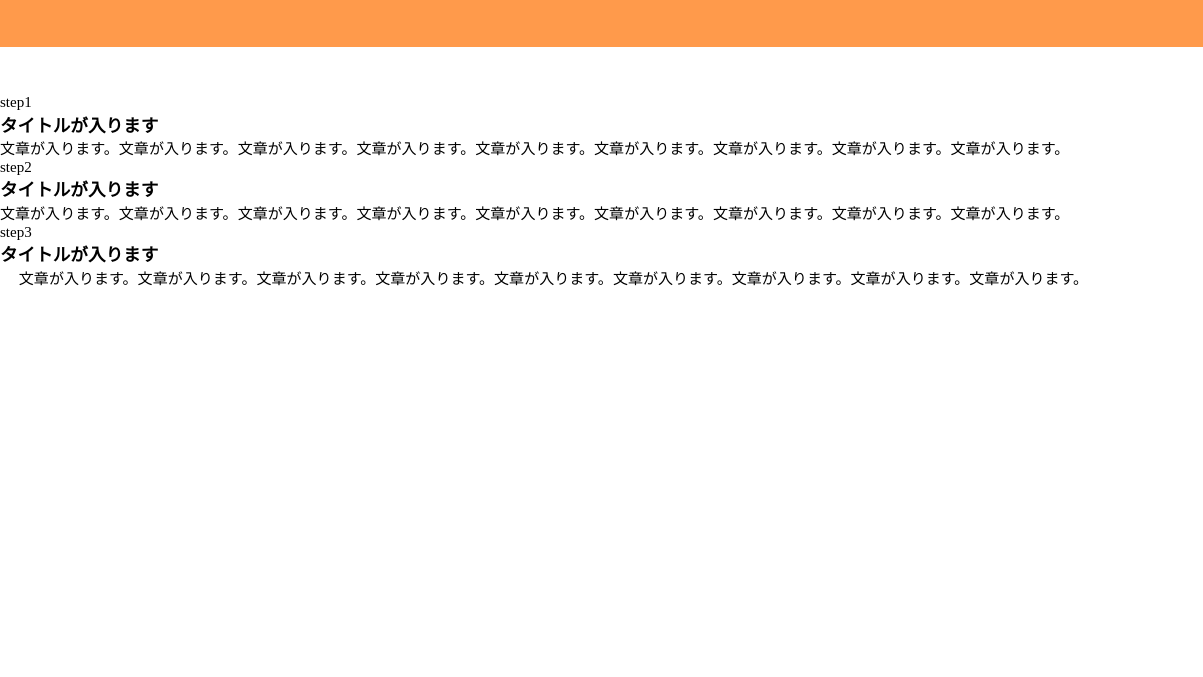
Repository: suetsugumariko/git-practice
Page: sites/sample.html
The author's editor kept a record of every edit. The page is drawn from the files as they stood at one moment, then again after the next edit.
The browser window is 1280 px wide. The pictures show the whole page, at 94% of full size.

Above is the page before.

### sites/sample.html
<!DOCTYPE html>
<html lang="ja">

  <head>

    <meta charset="UTF-8" />
    <title>HTML　課題問題1</title>
    <!--CSSファイルの読み込み-->
    <link rel="stylesheet" href="sample.css" />

  </head>

  <body>
    <!--header用のdiv-->
    <header class="header"></header>
    <!--main-visual用のdiv-->
    <!--min用のdiv-->
   <main>
     <div class="step-box">
     <div class="step-img1"></div>
     <span class="step-num">step1</span>
     <h3 class="title">タイトルが入ります</h3>
     <p class="text">
     文章が入ります。文章が入ります。文章が入ります。文章が入ります。文章が入ります。文章が入ります。文章が入ります。文章が入ります。文章が入ります。
     </p>
     </div>

    <div class="step-box">
    <div class="step-img2"></div>
    <span class="step-num">step2</span>
    <h3 class="title">タイトルが入ります</h3>
    <p class="text">
    文章が入ります。文章が入ります。文章が入ります。文章が入ります。文章が入ります。文章が入ります。文章が入ります。文章が入ります。文章が入ります。
    </p>
    </div>

   <div class="step-box">
   <div class="step-img3"></div>
   <span class="step-num">step3</span>
   <h3 class="title">タイトルが入ります</h3>
   <p class="text">
　 文章が入ります。文章が入ります。文章が入ります。文章が入ります。文章が入ります。文章が入ります。文章が入ります。文章が入ります。文章が入ります。
   </p>
   </div>
 </main>

   <!--footer用のdiv-->
   <footer class="footer"></footer>

  </body>

</html>

### sites/sample.css

*{
  box-sizing: broder-box;
  margin: 0;
  padding: 0;
 }

.html {
  display: block;
}
.head {
  display: none;
}
.meta{
  display: none;
}
.title {
  display: block;
}
.link{
  display: none;
}
.body {
  display: black;
  margin: 0px;
}
.header{
  height: 50px;
  background-color: #FF9a4b;
  margin-bottom: 50px;
  display: block;
｝
* {
    box-sizing: border-box;
    margin: 0;
    padding: 0;
}
main {
    width: 960px;
    margin: 50px auto;
    display: flex;
}

* {
    box-sizing: border-box;
    margin: 0;
    padding: 0;
}
main {
    display: block;
}
.step-box {
    width: 300px;
    margin-right: 30px;
    padding: 10px;
    position: relative;
    background-color: #eee;
}
.step-img2 {
    height: 150px;
    background-image: url(img/flow02.png);
    background-position: bottom;
    background-size: cover;
}
.step-num {
    position: absolute;
    top: 0;
    left: 0;
    background-color: #ff9a4b;
    color: #fff;
}
.title {
    margin: 15px 0 5px;
}
* {
    box-sizing: border-box;
    margin: 0;
    padding: 0;
}
p {
    display: block;
    margin-block-start: 1em;
    margin-block-end: 1em;
    margin-inline-start: 0px;
    margin-inline-end: 0px;
}
h3 {
    display: block;
    font-size: 1.17em;
    margin-block-start: 1em;
    margin-block-end: 1em;
    margin-inline-start: 0px;
    margin-inline-end: 0px;
    font-weight: bold;
}
* {
    box-sizing: border-box;
    margin: 0;
    padding: 0;
}
p {
    display: block;
    margin-block-start: 1em;
    margin-block-end: 1em;
    margin-inline-start: 0px;
    margin-inline-end: 0px;
}














* {
    box-sizing: border-box;
    margin: 0;
    padding: 0;
}
.step-box {
    width: 300px;
    margin-right: 30px;
    padding: 10px;
    position: relative;
    background-color: #eee;
}
.step-img1 {
    height: 150px;
    background-image: url(img/flow01.png);
    background-position: bottom;
    background-size: cover;
｝
　.step-num {
    position: absolute;
    top: 0;
    left: 0;
    background-color: #ff9a4b;
    color: #fff
  ｝
  .title {
    margin: 15px 0 5px;
}
* {
    box-sizing: border-box;
    margin: 0;
    padding: 0;
}
user agent stylesheet
h3 {
    display: block;
    font-size: 1.17em;
    margin-block-start: 1em;
    margin-block-end: 1em;
    margin-inline-start: 0px;
    margin-inline-end: 0px;
    font-weight: bold;
  ｝
  margin








* {
.box1 {
  width: 100%;
  height: 500px;
  background-color: white;
}

.box2 {
  width: 90%;
  height: 150px;
  background-color: blue;
  /* 指定方法（box2の周囲すべてに枠線を設定する場合） */
  border: 5px solid yellow;

.step-img1 {
  heoght: 150px;
  background-image: url(img/flow01.png);
  background-position: bottom;
  background-size: cover;
}

.step-img2 {
  heoght: 150px;
  background-image: url(img/flow02.png);
  background-position: bottom;
  background-size: cover;
}
.step-img3 {
  heoght: 150px;
  background-image: url(img/flow03.png);
  background-position: bottom;
  background-size: cover;
}

.footer{
  width: 100%;
  height: 50px;
  background-color: #808080;
  margin-top: 50px;
}

After the next edit:
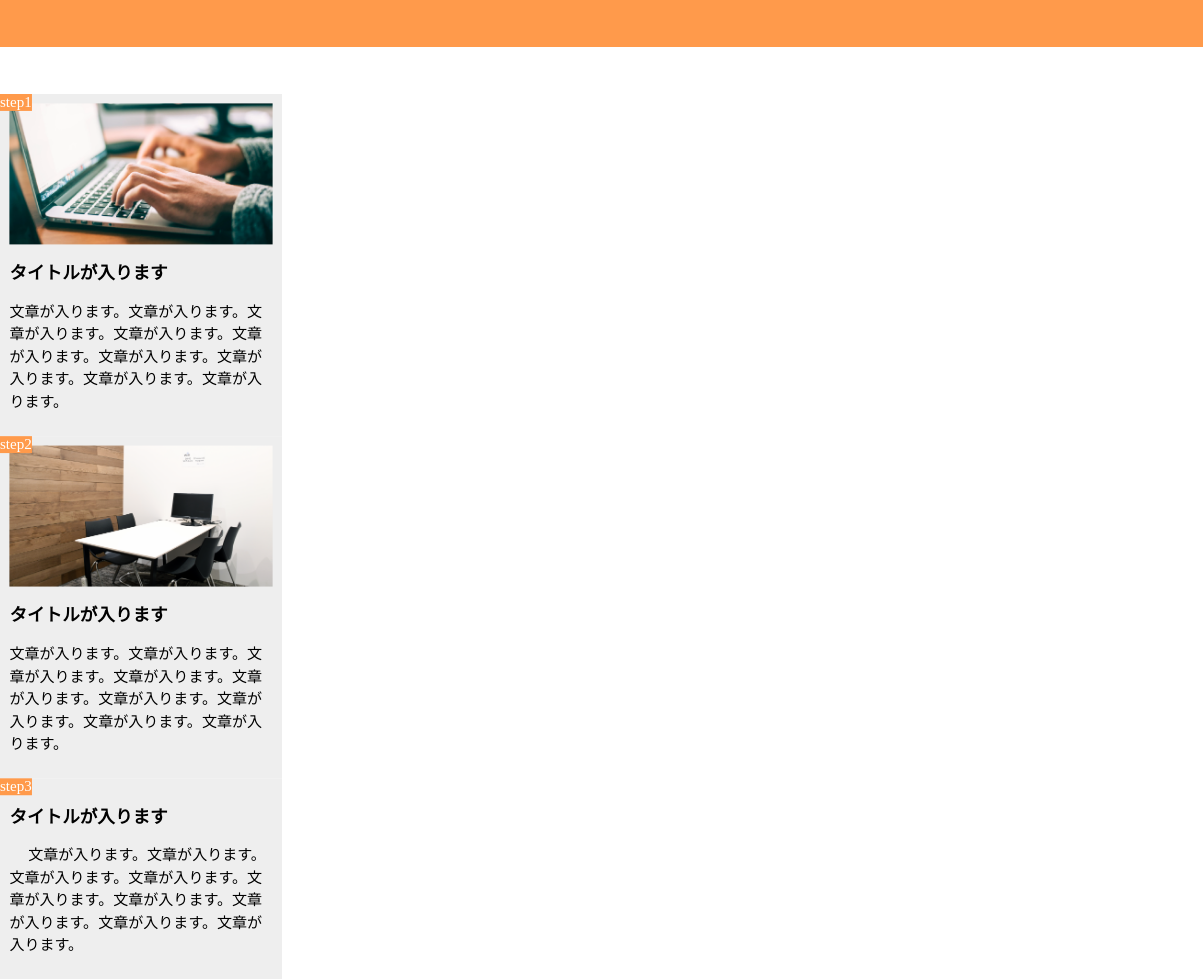
The edit:
--- a/sites/sample.css
+++ b/sites/sample.css
@@ -29,24 +29,22 @@
   background-color: #FF9a4b;
   margin-bottom: 50px;
   display: block;
-｝
-* {
-    box-sizing: border-box;
-    margin: 0;
-    padding: 0;
 }
 main {
-    width: 960px;
-    margin: 50px auto;
-    display: flex;
-}
-
-* {
-    box-sizing: border-box;
-    margin: 0;
-    padding: 0;
-}
-main {
+    display: block;
+}
+.step-img1 {
+    height: 150px;
+    background-image: url(img/flow01.png);
+    background-position: bottom;
+    background-size: cover;
+}
+* {
+    box-sizing: border-box;
+    margin: 0;
+    padding: 0;
+}
+div {
     display: block;
 }
 .step-box {
